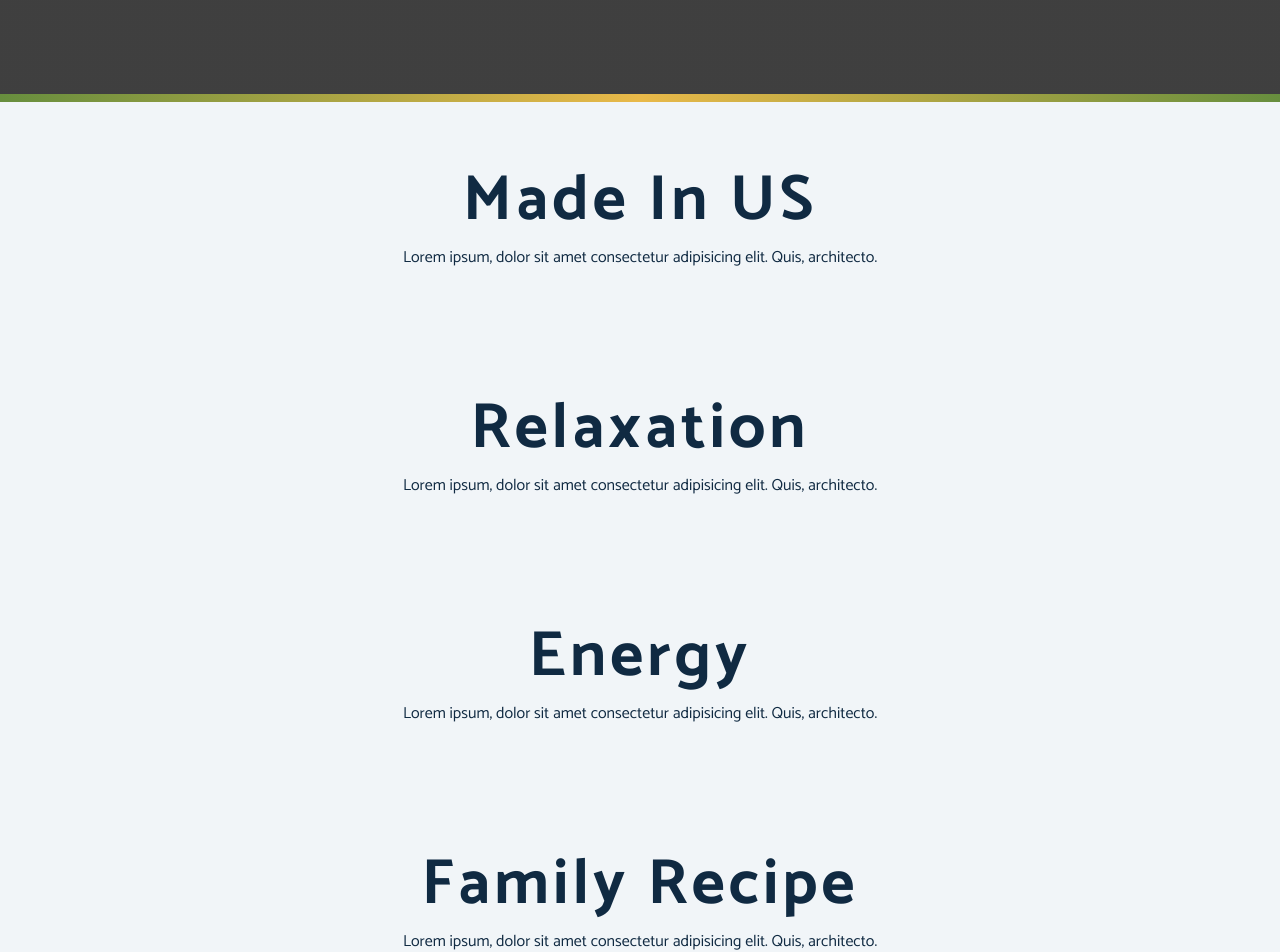
Repository: waniArif/tea-project
Page: index.html
These files come from the project's save history. The page is drawn as it stood at one moment and after the next save; the edit follows.
The browser window is 1280 px wide. The pictures show the part of the page from y = 626 to 1578 px (the page is 1640 px tall).
Pictures or frames that could not be fetched are drawn as grey boxes. Some icons come from a web library that is not loaded, so they are not drawn. Backgrounds fixed to the window are drawn as part of the page. Some web fonts or font styles are not loaded; a fallback is used.

Above is the page before, as saved 2021-07-04 15:15:22.
Console error: TypeError: Cannot read properties of null (reading 'addEventListener')

After the next save:
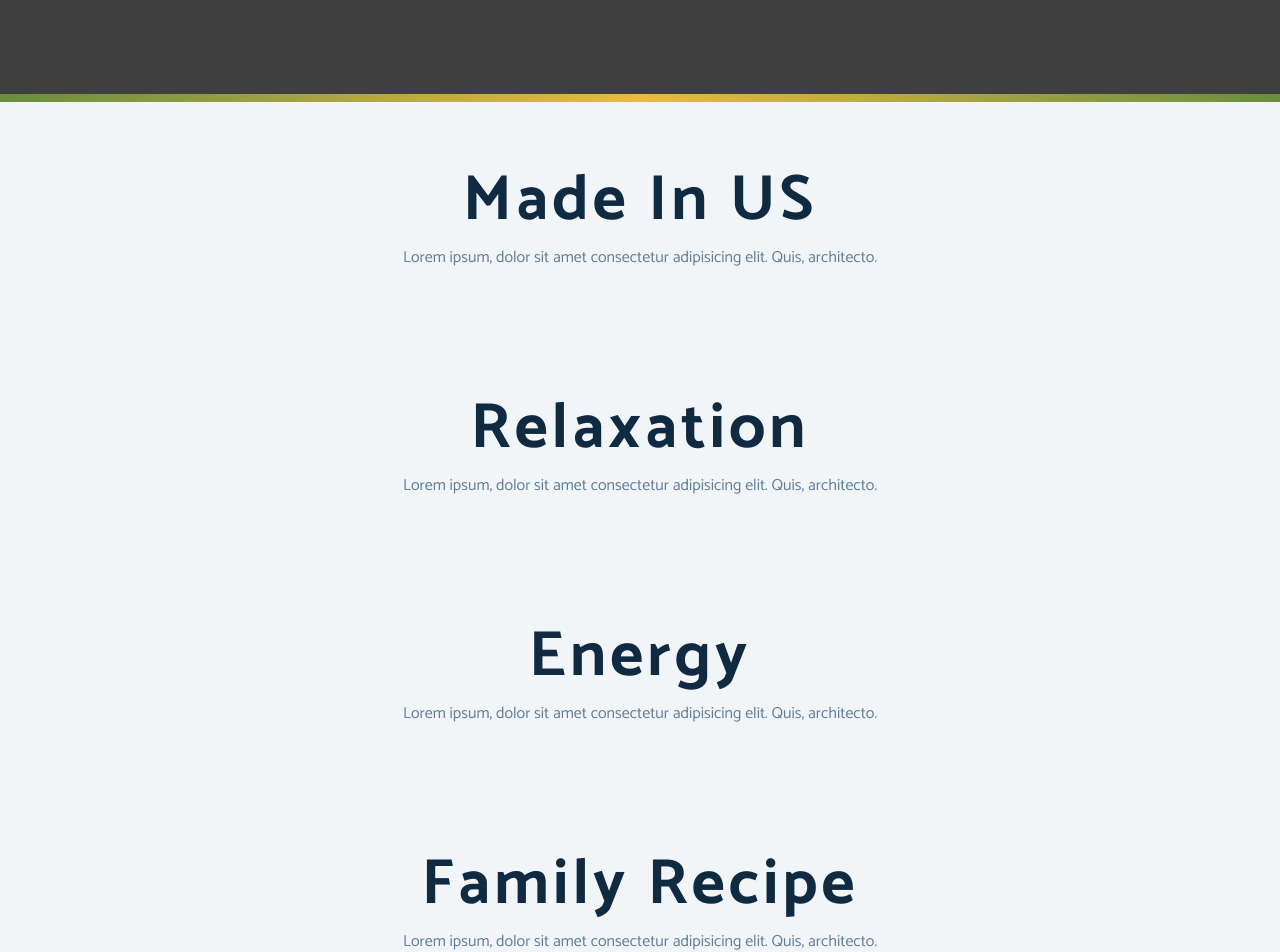
Saved 65 s later.
--- a/css/styles.css
+++ b/css/styles.css
@@ -200,3 +200,7 @@ Skills
   display: inline-block;
   color: var(--clr-primary);
 }
+
+.skill-text {
+  color: var(--clr-grey-5);
+}
